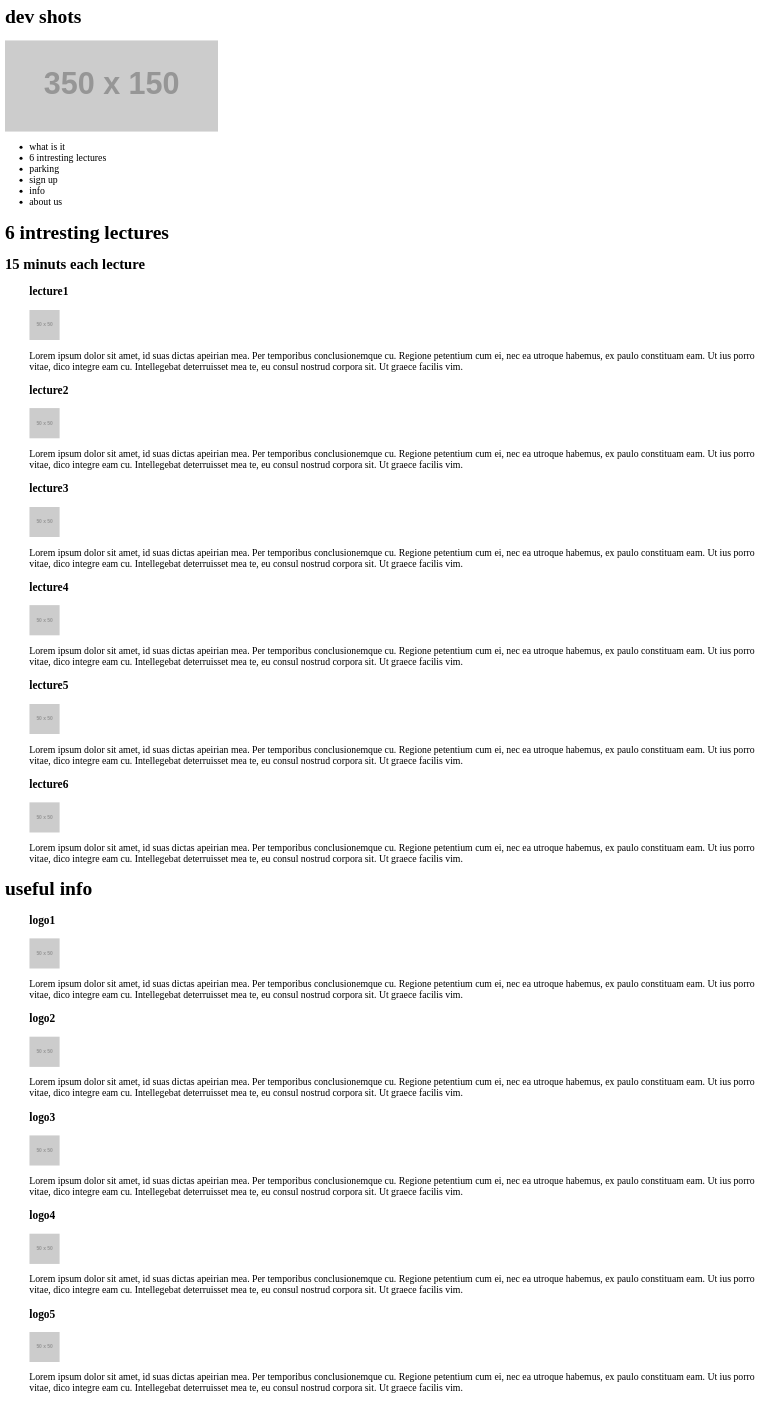
Repository: innaplx/exercises-devshots-html4-part1
Page: index.html
These files come from the project's save history. The page is drawn as it stood at one moment and after the next save; the edit follows.
The browser window is 1280 px wide. The pictures show the whole page, at 61% of full size.

Above is the page before, as saved 2018-08-17 20:13:07.

### index.html
<html>
    <head>
        <h1>dev shots</h1>
        <a href="https://placeholder.com"><img src="https://via.placeholder.com/350x150"></a>




    </head>

    <body>
            <ul>
                    <li><a herf="#">what is it</a></li>
                    <li><a herf="#">6 intresting lectures</a></li>
                    <li><a herf="#">parking</a></li>
                    <li><a herf="#">sign up</a></li>
                    <li><a herf="#">info</a></li>
                    <li><a herf="#">about us</a></li>
                </ul>



        <h1>6 intresting lectures</h1>
        <h2>15 minuts each lecture</h2>

            <ul>
                <il>
                <h3>lecture1</h3>
                <a href="https://placeholder.com"><img src="https://via.placeholder.com/50x50"></a>
                <p>Lorem ipsum dolor sit amet, id suas dictas apeirian mea. Per temporibus conclusionemque cu. Regione petentium cum ei, nec ea utroque habemus, ex paulo constituam eam. Ut ius porro vitae, dico integre eam cu. Intellegebat deterruisset mea te, eu consul nostrud corpora sit. Ut graece facilis vim.</p>
                </il>

                <il>
                        <h3>lecture2</h3>
                        <a href="https://placeholder.com"><img src="https://via.placeholder.com/50x50"></a>
                        <p>Lorem ipsum dolor sit amet, id suas dictas apeirian mea. Per temporibus conclusionemque cu. Regione petentium cum ei, nec ea utroque habemus, ex paulo constituam eam. Ut ius porro vitae, dico integre eam cu. Intellegebat deterruisset mea te, eu consul nostrud corpora sit. Ut graece facilis vim.</p>
                        </il>
                        <il>
                                <h3>lecture3</h3>
                                <a href="https://placeholder.com"><img src="https://via.placeholder.com/50x50"></a>
                                <p>Lorem ipsum dolor sit amet, id suas dictas apeirian mea. Per temporibus conclusionemque cu. Regione petentium cum ei, nec ea utroque habemus, ex paulo constituam eam. Ut ius porro vitae, dico integre eam cu. Intellegebat deterruisset mea te, eu consul nostrud corpora sit. Ut graece facilis vim.</p>
                                </il>
                                <il>
                                        <h3>lecture4</h3>
                                        <a href="https://placeholder.com"><img src="https://via.placeholder.com/50x50"></a>
                                        <p>Lorem ipsum dolor sit amet, id suas dictas apeirian mea. Per temporibus conclusionemque cu. Regione petentium cum ei, nec ea utroque habemus, ex paulo constituam eam. Ut ius porro vitae, dico integre eam cu. Intellegebat deterruisset mea te, eu consul nostrud corpora sit. Ut graece facilis vim.</p>
                                        </il>
                                        <il>
                                                <h3>lecture5</h3>
                                                <a href="https://placeholder.com"><img src="https://via.placeholder.com/50x50"></a>
                                                <p>Lorem ipsum dolor sit amet, id suas dictas apeirian mea. Per temporibus conclusionemque cu. Regione petentium cum ei, nec ea utroque habemus, ex paulo constituam eam. Ut ius porro vitae, dico integre eam cu. Intellegebat deterruisset mea te, eu consul nostrud corpora sit. Ut graece facilis vim.</p>
                                                </il>
                                                <il>
                                                        <h3>lecture6</h3>
                                                        <a href="https://placeholder.com"><img src="https://via.placeholder.com/50x50"></a>
                                                        <p>Lorem ipsum dolor sit amet, id suas dictas apeirian mea. Per temporibus conclusionemque cu. Regione petentium cum ei, nec ea utroque habemus, ex paulo constituam eam. Ut ius porro vitae, dico integre eam cu. Intellegebat deterruisset mea te, eu consul nostrud corpora sit. Ut graece facilis vim.</p>
                                                        </il>
            </ul>

            <h1>useful info</h1>
            <ul>
                    <il>
                    <h3>logo1</h3>
                    <a href="https://placeholder.com"><img src="https://via.placeholder.com/50x50"></a>
                    <p>Lorem ipsum dolor sit amet, id suas dictas apeirian mea. Per temporibus conclusionemque cu. Regione petentium cum ei, nec ea utroque habemus, ex paulo constituam eam. Ut ius porro vitae, dico integre eam cu. Intellegebat deterruisset mea te, eu consul nostrud corpora sit. Ut graece facilis vim.</p>
                    </il>

                    <il>
                            <h3>logo2</h3>
                            <a href="https://placeholder.com"><img src="https://via.placeholder.com/50x50"></a>
                            <p>Lorem ipsum dolor sit amet, id suas dictas apeirian mea. Per temporibus conclusionemque cu. Regione petentium cum ei, nec ea utroque habemus, ex paulo constituam eam. Ut ius porro vitae, dico integre eam cu. Intellegebat deterruisset mea te, eu consul nostrud corpora sit. Ut graece facilis vim.</p>
                            </il>
                            <il>
                                    <h3>logo3</h3>
                                    <a href="https://placeholder.com"><img src="https://via.placeholder.com/50x50"></a>
                                    <p>Lorem ipsum dolor sit amet, id suas dictas apeirian mea. Per temporibus conclusionemque cu. Regione petentium cum ei, nec ea utroque habemus, ex paulo constituam eam. Ut ius porro vitae, dico integre eam cu. Intellegebat deterruisset mea te, eu consul nostrud corpora sit. Ut graece facilis vim.</p>
                                    </il>
                                    <il>
                                            <h3>logo4</h3>
                                            <a href="https://placeholder.com"><img src="https://via.placeholder.com/50x50"></a>
                                            <p>Lorem ipsum dolor sit amet, id suas dictas apeirian mea. Per temporibus conclusionemque cu. Regione petentium cum ei, nec ea utroque habemus, ex paulo constituam eam. Ut ius porro vitae, dico integre eam cu. Intellegebat deterruisset mea te, eu consul nostrud corpora sit. Ut graece facilis vim.</p>
                                            </il>
                                            <il>
                                                    <h3>logo5</h3>
                                                    <a href="https://placeholder.com"><img src="https://via.placeholder.com/50x50"></a>
                                                    <p>Lorem ipsum dolor sit amet, id suas dictas apeirian mea. Per temporibus conclusionemque cu. Regione petentium cum ei, nec ea utroque habemus, ex paulo constituam eam. Ut ius porro vitae, dico integre eam cu. Intellegebat deterruisset mea te, eu consul nostrud corpora sit. Ut graece facilis vim.</p>
                                                    </il>

                </ul>

    </body>
























</html>

After the next save:
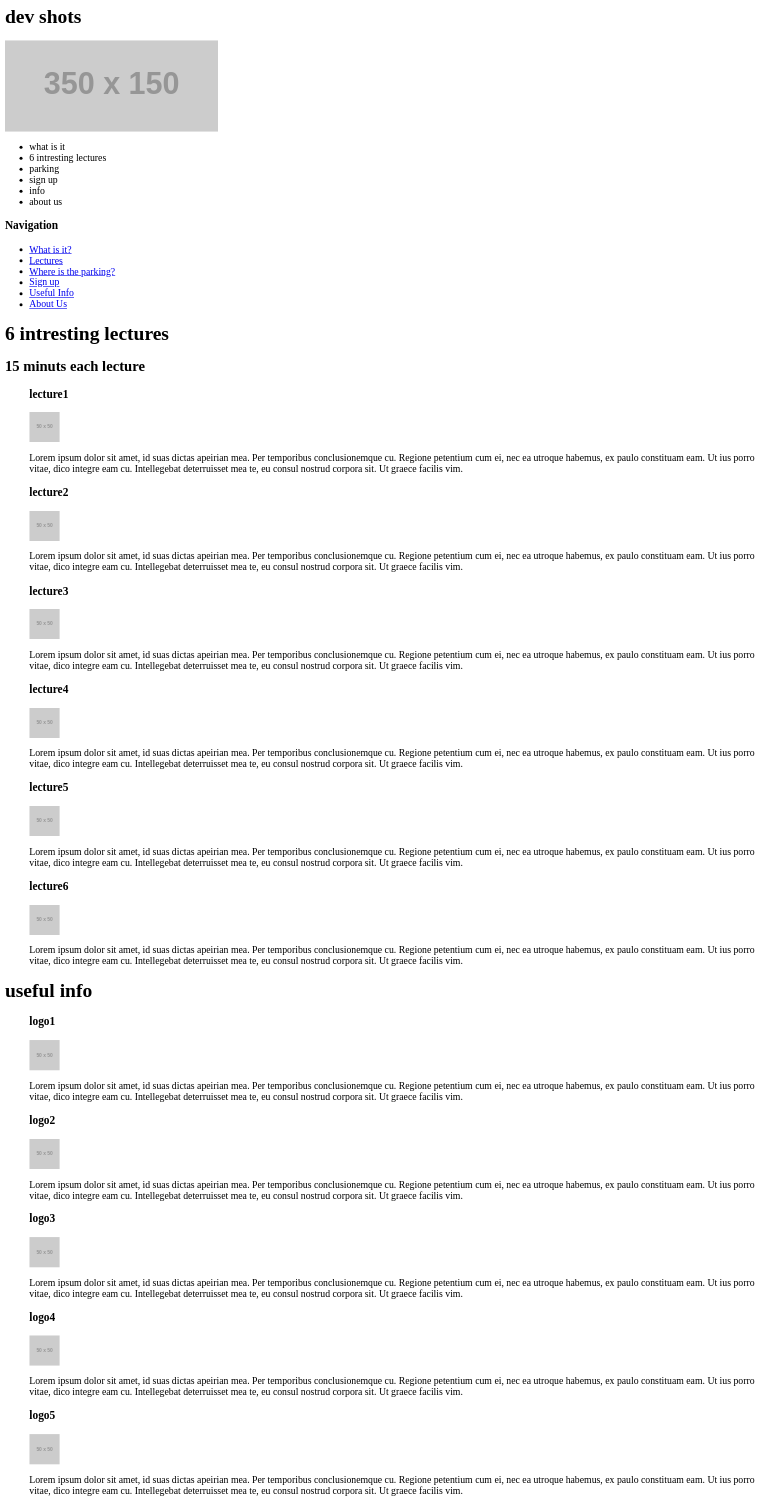
Saved 117 s later.
--- a/index.html
+++ b/index.html
@@ -16,6 +16,15 @@
                     <li><a herf="#">sign up</a></li>
                     <li><a herf="#">info</a></li>
                     <li><a herf="#">about us</a></li>
+                </ul>
+                <h3>Navigation</h3>
+                <ul>
+                    <li><a href="#">What is it?</a></li>
+                    <li><a href="#">Lectures</a></li>
+                    <li><a href="#">Where is the parking?</a></li>
+                    <li><a href="#">Sign up</a></li>
+                    <li><a href="#">Useful Info</a></li>
+                    <li><a href="#">About Us</a></li>
                 </ul>
 
 
